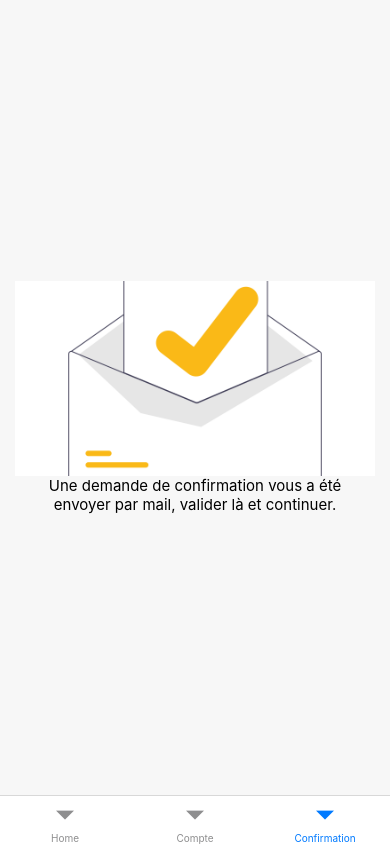
Repository: Norlan-20/Last-Afrilink
Screen: /Confirmation
The author's editor kept a copy of each file at every save. The screen is drawn from the files as they stood at one save, then again after a run of saves.
The app was drawn by React Native's web renderer in a window 390 px wide. The project was rebuilt for these pictures with package versions that can differ from the ones it lists, and the page was loaded fresh each time. Also part of the build but not shown: screen/User.js.

Above is the screen before, as saved 2021-09-24 22:04:05.

### App.js
/* eslint-disable prettier/prettier */
import React from 'react'
import {View} from 'react-native'
import { NavigationContainer } from '@react-navigation/native'
import { createNativeStackNavigator } from '@react-navigation/native-stack'
import { createBottomTabNavigator } from '@react-navigation/bottom-tabs'
import HomeScreen from './screen/Home'
import UserScreen from './screen/User'
import ConfirmationScreen from './screen/Confirmation'

const Tab = createBottomTabNavigator();
const Stack = createNativeStackNavigator();


const App = () => {
  return (
    <NavigationContainer>
      <Tab.Navigator screenOptions={{headerShown: false}} >
        <Tab.Screen name="Home" component={HomeScreen}/>
        <Tab.Screen name="Compte" component={UserScreen}/>
        <Tab.Screen name="Confirmation" component={ConfirmationScreen}/>
      </Tab.Navigator>
    </NavigationContainer>
  );
};

export default App;

### screen/Home.js
/* eslint-disable prettier/prettier */
import React from 'react';
import {View, Text, StyleSheet, StatusBar, Dimensions, ScrollView} from 'react-native';
import { Header, Icon, Image, SearchBar } from 'react-native-elements';
import Categorie from '../component/categorie';
import Produit from '../component/produit';
// import EvilIcons from 'react-native-vector-icons/EvilIcons';

const {width,height} = Dimensions.get('window');
const fond = '#F7F7F7';
const primary = '#2e3190';
const search = '#DDDDDD';

const HomeScreen = props => {
    return (
        <View style={styles.container}>
            <StatusBar hidden={false}/>
            <Header
                leftComponent={<Icon name="navicon" type="evilicon" size={40} color="#FFF"/>}
                centerComponent={<Image source={require('../assets/logobleu.jpg')} style={{width: 200, height: 50}} />}
                rightComponent={<Icon name="cart" type="evilicon" size={40} color="#FFF"/>}
                backgroundColor={primary}
            />
            <SearchBar
                placeholder="Rechercher"
                round
                lightTheme
                containerStyle={{ width: width,backgroundColor: fond, borderWidth: 0}}
                inputContainerStyle={{ height: 45, backgroundColor: search, borderRadius: 150 }}
                inputStyle={{ height: 45,backgroundColor: search }}
                // searchIcon={<Icon name="user" type="ionicon" />}
                showCancel
                cancelIcon
                onClear
                style={{width: width}}
            />
            <ScrollView>
                <Categorie nom="Catégorie" />
                <Produit nom="Vedette" />
            </ScrollView>
        </View>
    );
};

const styles = StyleSheet.create({
    container:{
        flex: 1,
        backgroundColor: '#F7F7F7',
    },
});

export default HomeScreen;

### screen/Confirmation.js
/* eslint-disable prettier/prettier */
import React from 'react';
import  { View, Text, StyleSheet, Dimensions, Image } from 'react-native';

const {width,height} = Dimensions.get('window');
const fond = '#F7F7F7';
const primary = '#2e3190';

const ConfirmationScreen = () => {
    return (
        <View style={styles.container}>
            <Image source={require('../assets/mailsent.png')} style={{ width: width - 30, height: width / 2}}/>
            <Text style={styles.message}>Une demande de confirmation vous a été envoyer par mail, valider là et continuer.</Text>
        </View>
    );
};

const styles = StyleSheet.create({
    container:{
        flex: 1,
        backgroundColor: fond,
        alignItems: 'center',
        justifyContent: 'center',
    },
    message:{
        width: width - (width / 5),
        textAlign: 'center',
        fontSize: 15,
    },
});

export default ConfirmationScreen;

Loaded but not shown: component/categorie.js (library); component/produit.js (library)

After the next 2 saves:
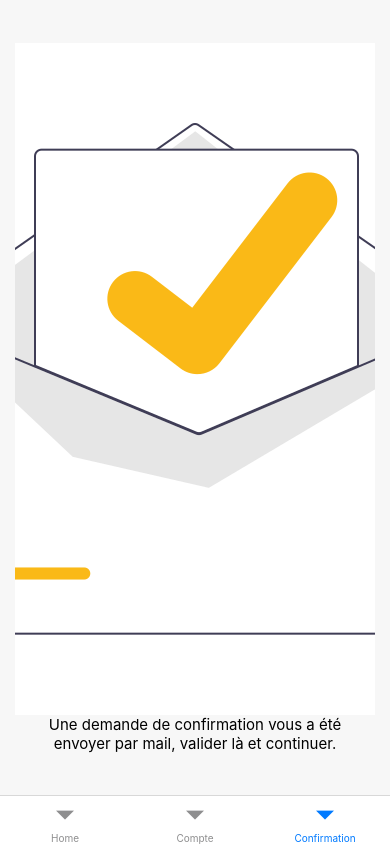
The 2 saves are shown as one change because 1 did not build or start.
The last was saved 20 s later.
--- a/screen/Confirmation.js
+++ b/screen/Confirmation.js
@@ -9,7 +9,7 @@
 const ConfirmationScreen = () => {
     return (
         <View style={styles.container}>
-            <Image source={require('../assets/mailsent.png')} style={{ width: width - 30, height: width / 2}}/>
+            <Image source={require('../assets/mailsent.png')} style={{ width: width - 30,}}/>
             <Text style={styles.message}>Une demande de confirmation vous a été envoyer par mail, valider là et continuer.</Text>
         </View>
     );

After the save that followed:
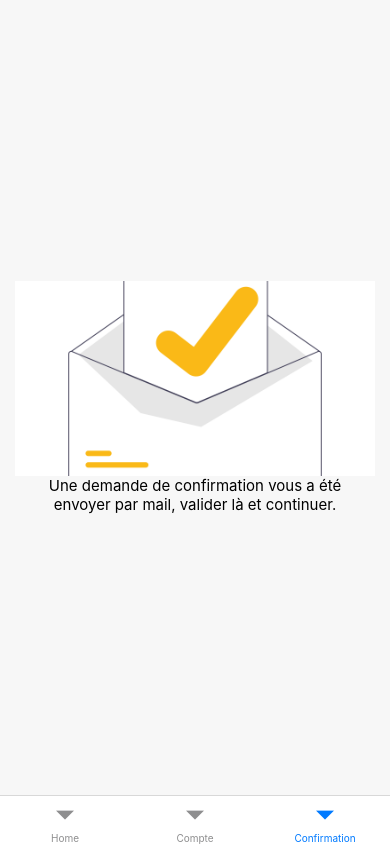
Saved 55 s later.
--- a/screen/Confirmation.js
+++ b/screen/Confirmation.js
@@ -9,7 +9,7 @@
 const ConfirmationScreen = () => {
     return (
         <View style={styles.container}>
-            <Image source={require('../assets/mailsent.png')} style={{ width: width - 30,}}/>
+            <Image source={require('../assets/mailsent.png')} style={{ width: width - 30, height: width / 2}}/>
             <Text style={styles.message}>Une demande de confirmation vous a été envoyer par mail, valider là et continuer.</Text>
         </View>
     );
